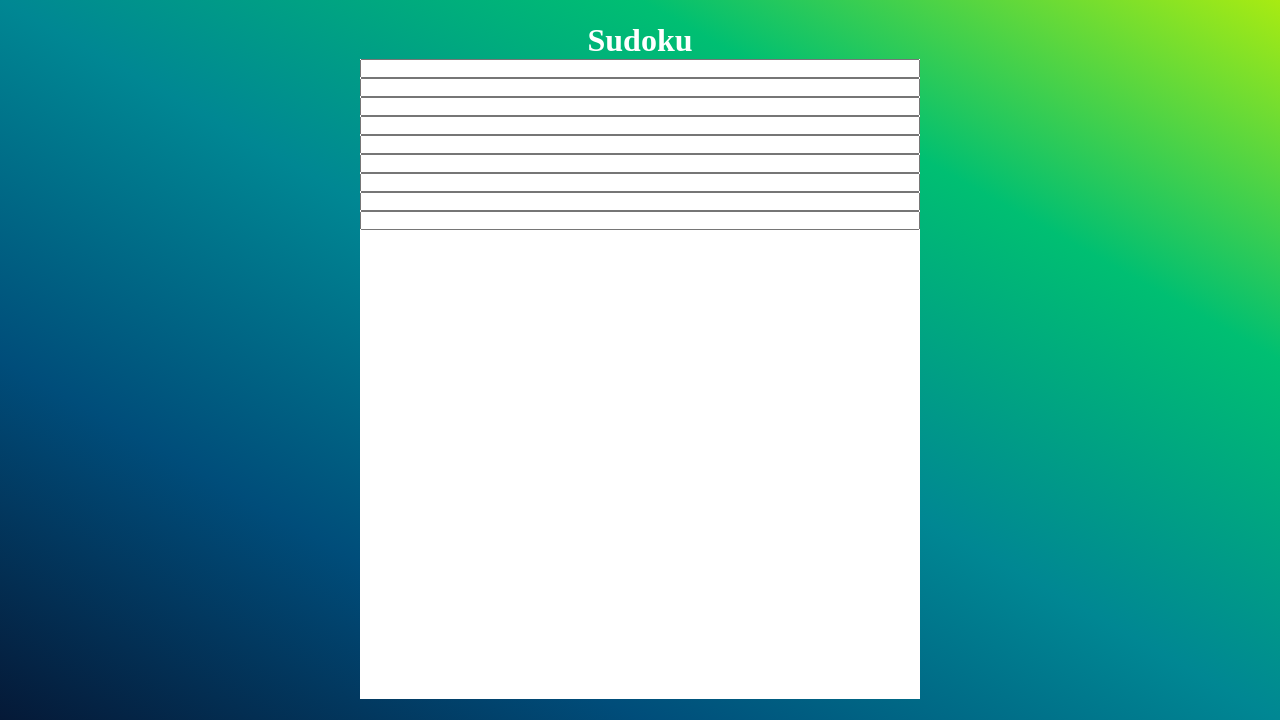
Repository: pattypetrikova/sudoku
Page: index.html
The author's editor kept a copy of each file at every save. The page is drawn from the files as they stood at one save, then again after a run of saves.
The browser window is 1280 px wide. The pictures show the whole page.
Some web fonts or font styles are not loaded; a fallback is used.

Above is the page before, as saved 2022-12-30 10:25:16.

After the next 2 saves:
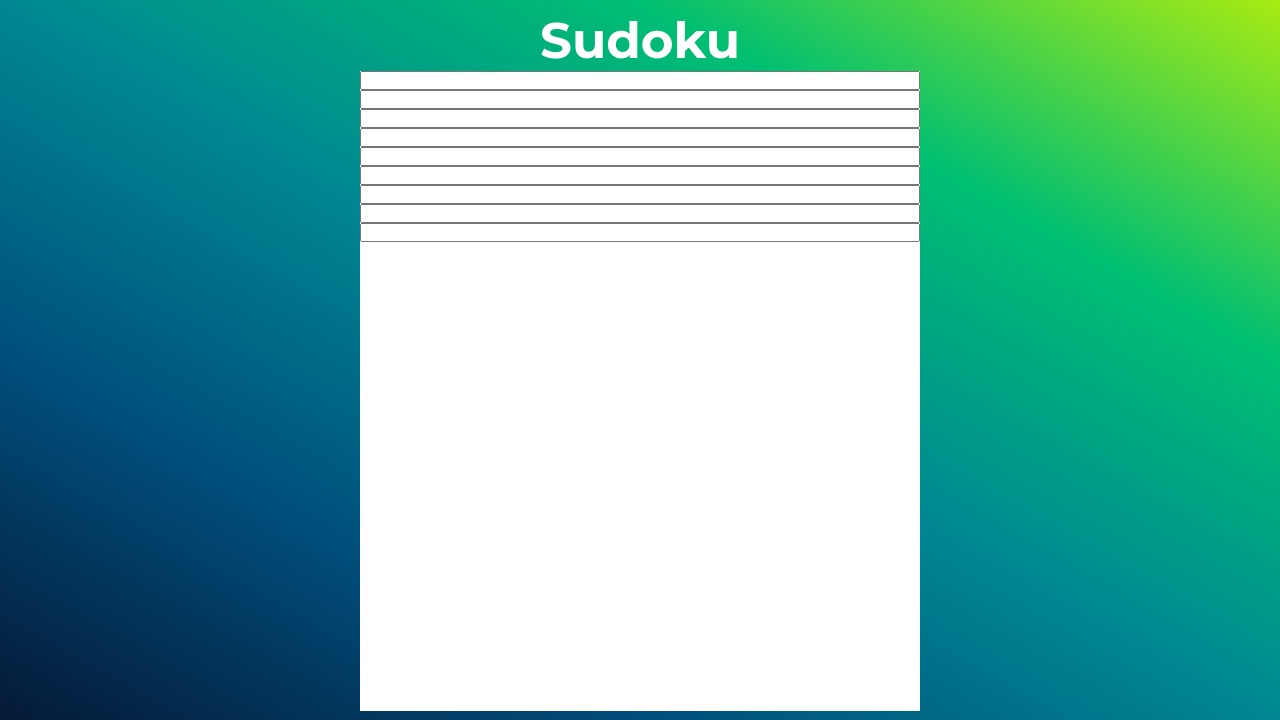
The 2 saves are shown as one change because they came seconds apart.
The last was saved 38 s later.
--- a/assets/style.css
+++ b/assets/style.css
@@ -30,7 +30,7 @@
 }
 
 .title {
-    font-family: 'Erica One', cursive;
+    font-size: 50px;
     color: white;
 }
 
